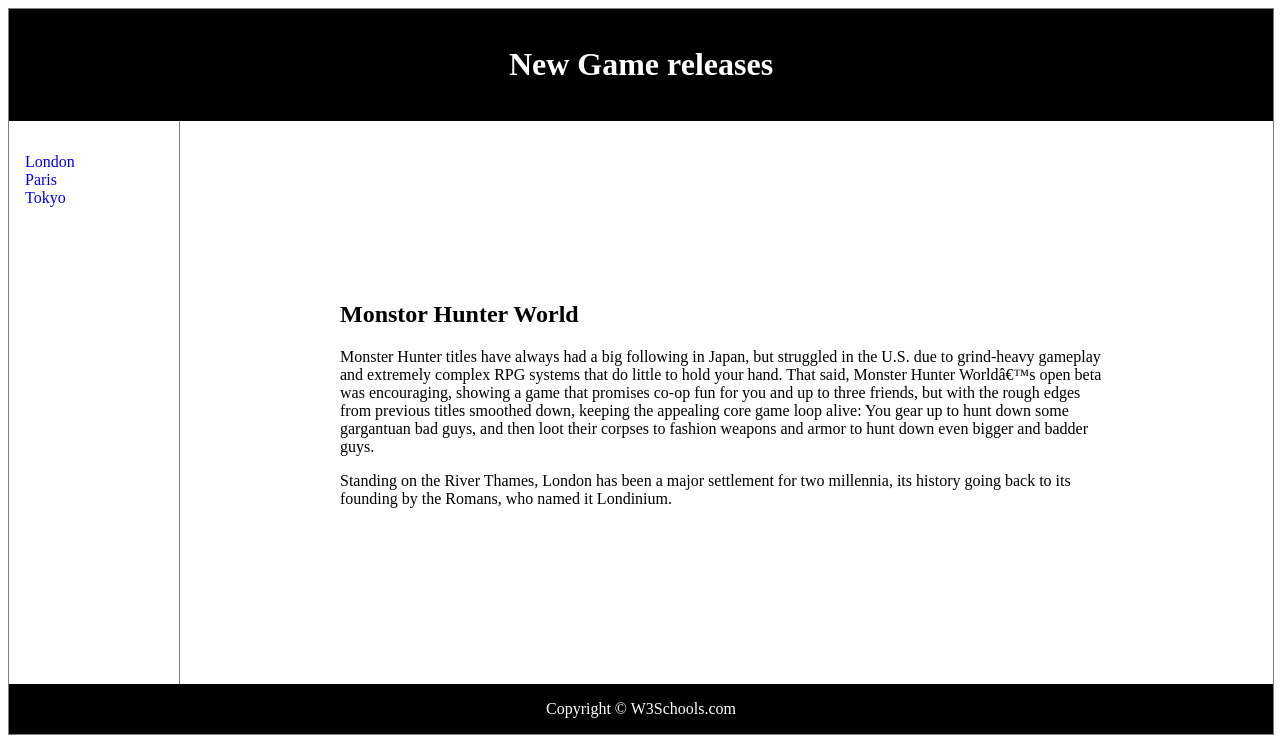
Repository: nimal96/Online-Gaming-Site---2nd-year-1st-semester-project
Page: http://localhost/project/article.jsp
The author's editor kept a copy of each file at every save. The page is drawn from the files as they stood at one save, then again after the next save.
The browser window is 1280 px wide. The pictures show the whole page.
The page is served by Tomcat 9. Other server files are loaded and not shown.

Above is the page before, as saved 2018-05-17 09:34:18.

### project/WebContent/article.jsp
<%@ page language="java" contentType="text/html; charset=ISO-8859-1" pageEncoding="ISO-8859-1"%>
<!DOCTYPE html PUBLIC "-//W3C//DTD HTML 4.01 Transitional//EN" "http://www.w3.org/TR/html4/loose.dtd">
<html>
<head>
<style>
div.container {
    width: 100%;
    border: 1px solid gray;
}

header, footer {
    padding: 1em;
    color: white;
    background-color: black;
    clear: left;
    text-align: center;
}

nav {
    float: left;
    max-width: 160px;
    margin: 0;
    padding: 1em;
}

nav ul {
    list-style-type: none;
    padding: 0;
}

nav ul a {
    text-decoration: none;
}

article {
    margin-left: 170px;
    border-left: 1px solid gray;
    padding: 10em;
    overflow: hidden;
}
</style>
</head>
<body>

<div class="container">

<header>
   <h1>New Game releases</h1>
</header>

<nav>
  <ul>
    <li><a href="#">London</a></li>
    <li><a href="#">Paris</a></li>
    <li><a href="#">Tokyo</a></li>
  </ul>
</nav>

<article>
  <h1>Monstor Hunter World</h1>
  <p>Monster Hunter titles have always had a big following in Japan, but struggled in the U.S. due to grind-heavy gameplay
   and extremely complex RPG systems that do little to hold your hand. That said, Monster Hunter World’s open beta was
   encouraging, showing a game that promises co-op fun for you and up to three friends, but with the rough edges from previous
   titles smoothed down, keeping the appealing core game loop alive: You gear up to hunt down some gargantuan bad guys, and then
   loot their
  corpses to fashion weapons and armor to hunt down even bigger and badder guys.</p>
  <p>Standing on the River Thames, London has been a major settlement for two millennia, its history going back to its founding by the Romans, who named it Londinium.</p>
</article>

<footer>Copyright &copy; W3Schools.com</footer>

</div>

</body>
</html>

After the next save:
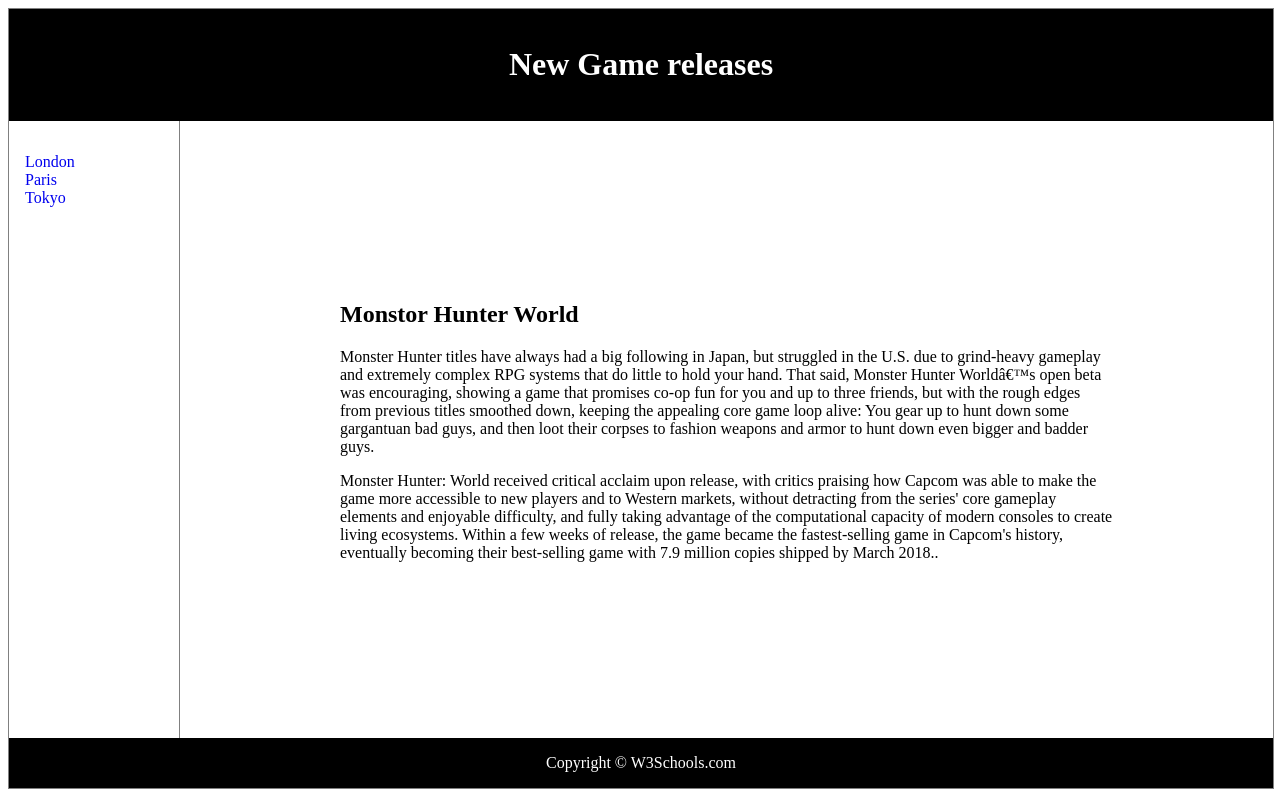
Saved 3 min 15 s later.
--- a/project/WebContent/article.jsp
+++ b/project/WebContent/article.jsp
@@ -64,7 +64,12 @@
    titles smoothed down, keeping the appealing core game loop alive: You gear up to hunt down some gargantuan bad guys, and then
    loot their
   corpses to fashion weapons and armor to hunt down even bigger and badder guys.</p>
-  <p>Standing on the River Thames, London has been a major settlement for two millennia, its history going back to its founding by the Romans, who named it Londinium.</p>
+  <p>Monster Hunter: World received critical acclaim upon release, with critics praising how Capcom was
+  able to make the game more accessible to new players and to Western markets, without detracting from the
+  series' core gameplay elements and enjoyable difficulty, and fully taking advantage of the computational capacity of
+  modern consoles to create living ecosystems. Within a few weeks of release, the game became the fastest-selling game in
+  Capcom's history, eventually becoming their
+  best-selling game with 7.9 million copies shipped by March 2018..</p>
 </article>
 
 <footer>Copyright &copy; W3Schools.com</footer>
